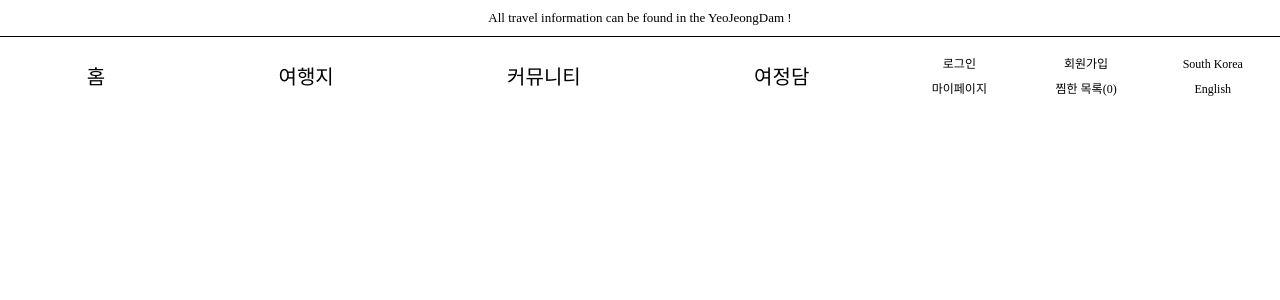
Repository: gaeunlee95/semi
Page: http://localhost/semi/main.jsp
An editor plug-in stored every save of this project. The page is shown before and after the next save, followed by the edit.
The browser window is 1280 px wide. The pictures show the whole page.
The page is served by Tomcat 9.

Above is the page before, as saved 2023-12-06 17:36:48.

After the next save:
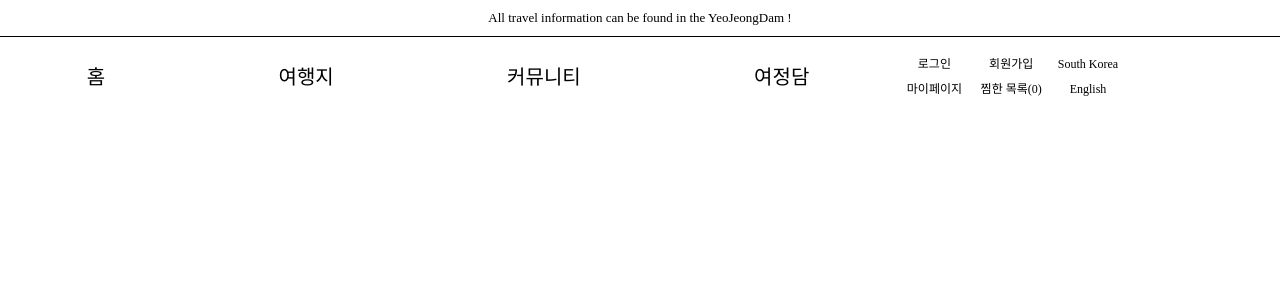
Saved 51 s later.
--- a/semi/src/main/webapp/resources/css/style.css
+++ b/semi/src/main/webapp/resources/css/style.css
@@ -47,7 +47,7 @@ header #sideMenu ul{
 }
 header #sideMenu li{
 	font-size: 12px;
-	width: 33%;
+	width: 20%;
 }
 header #sideMenu li a{
 	display:flex;
